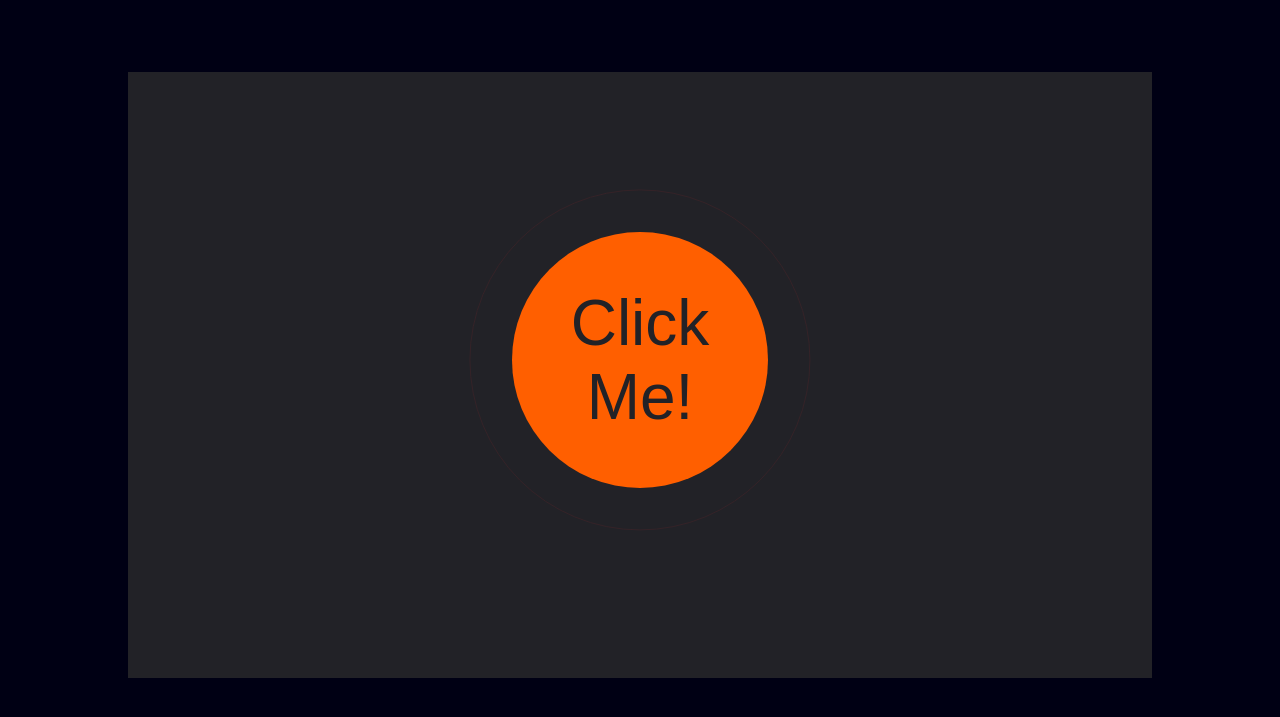
Repository: Francois-QUICODE/CSS-Micro-Projects
Page: Projects/02-Pulsating-Button.html
An editor plug-in stored every save of this project. The page is shown before and after the next save, followed by the edit.
The browser window is 1280 px wide. The pictures show the whole page.
Some web fonts or font styles are not loaded; a fallback is used.

Above is the page before, as saved 2020-11-29 14:48:35.

### Projects/02-Pulsating-Button.html
<!DOCTYPE html>
<html lang="fr">
  <head>
    <meta charset="UTF-8" />
    <title>Pulsating Button</title>
  </head>
  <body>
    <div class="container">
      <button class="pulsating-button">Click Me!</button>
      <div class="pulsation"></div>
    </div>
    <style>
      @import url("https://fonts.googleapis.com/css2?family=Alatsi&display=swap");

      body {
        background-color: #000014;
        width: 80vw;
        max-width: 1024px;
        margin: auto;
        color: #e5e1e1;
        padding-top: 10vh;
        font-family: "Alatsi", sans-serif;
      }

      .container {
        background-color: #222227;
        padding: 15px;
        display: flex;
        height: 80vh;
      }

      .pulsating-button,
      .pulsation {
        position: absolute;
        top: 50%;
        left: 50%;
        transform: translate(-50%, -50%);
        border-radius: 50%;
        font-size: 5vw;
        width: 20vw;
        height: 20vw;
        border: none;
        background-color: #ff5f00;
        color: #222227;
      }

      .pulsating-button {
        z-index: 2;
      }

      .pulsation {
        background-color: #222227;
        border: 1vw solid #ff5f00;
        z-index: 1;
        animation: pulsating 850ms ease-out infinite;
        transition: ease;
      }

      @keyframes pulsating {
        50% {
          width: 21vw;
          height: 21vw;
          border-color: #ff3333;
          border-width: 0.5vw;
        }

        100% {
          width: 27vw;
          height: 27vw;
          border-color: inherit;
          border-width: 0.1vw;
        }
      }
    </style>
  </body>
</html>

After the next save:
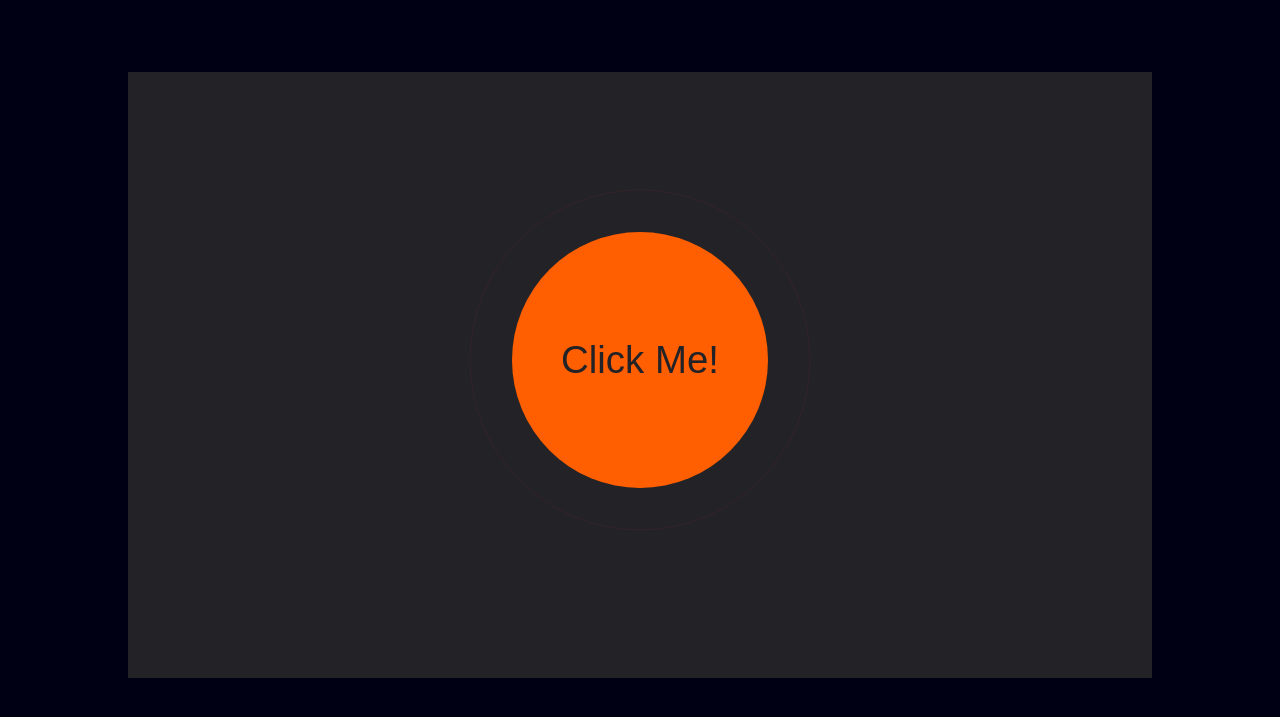
Saved 26 s later.
--- a/Projects/02-Pulsating-Button.html
+++ b/Projects/02-Pulsating-Button.html
@@ -36,7 +36,7 @@
         left: 50%;
         transform: translate(-50%, -50%);
         border-radius: 50%;
-        font-size: 5vw;
+        font-size: 3vw;
         width: 20vw;
         height: 20vw;
         border: none;
